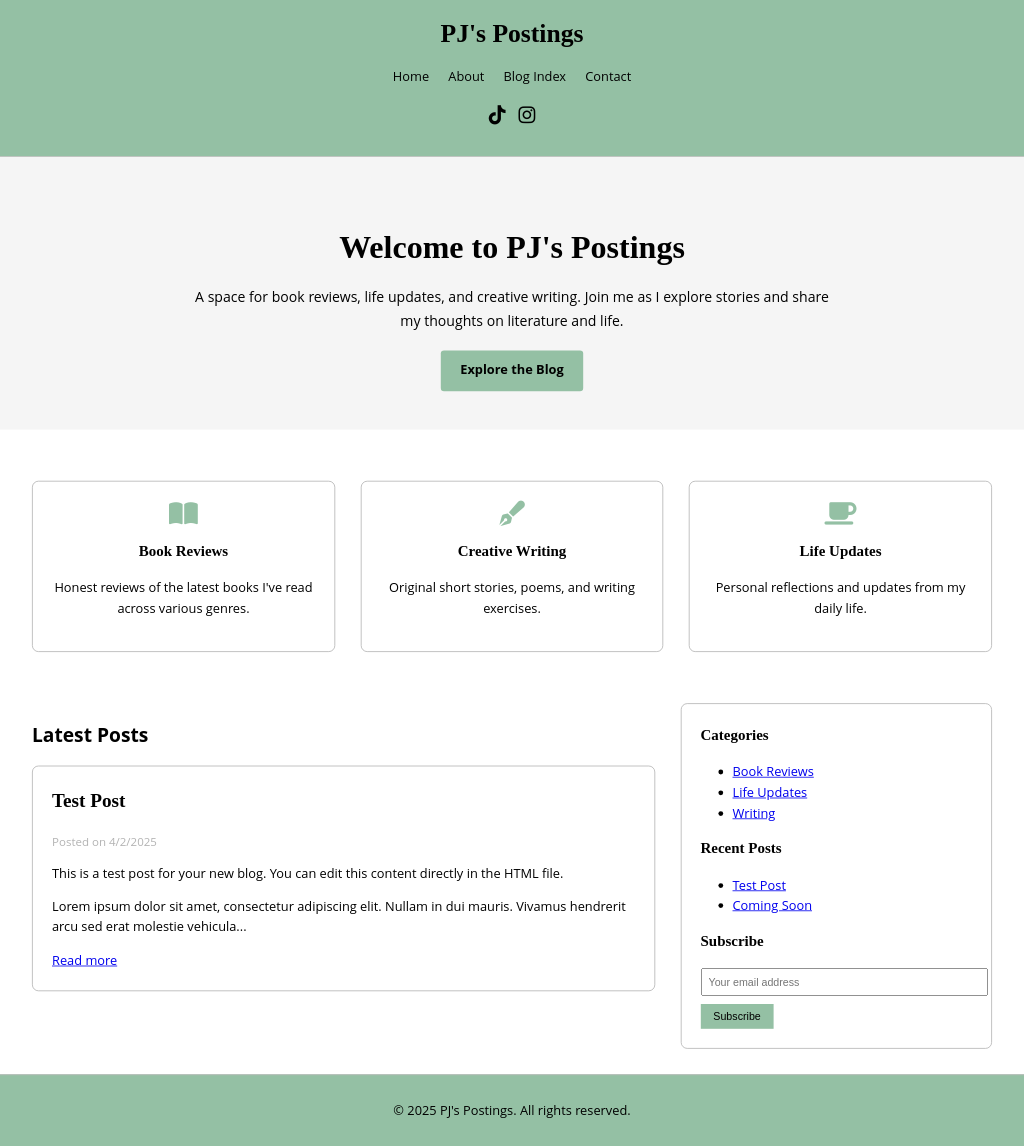
Repository: pjpatrick071/pjpatrick071.github.io
Page: index.html
The author's editor kept a copy of each file at every save. The page is drawn from the files as they stood at one save, then again after a run of saves.
The browser window is 1280 px wide. The pictures show the whole page, at 80% of full size.
Some web fonts or font styles are not loaded; a fallback is used.

Above is the page before, as saved 2025-04-02 22:42:28.

### index.html
<!DOCTYPE html>
<html lang="en">
<head>
    <meta charset="UTF-8">
    <meta name="viewport" content="width=device-width, initial-scale=1.0">
    <title>PJ's Postings</title>

    <!-- Fonts -->
    <link href="https://fonts-api.wp.com/css?family=Playfair+Display:400,400i,700,700i|Open+Sans:400,400i,700,700i&subset=latin,latin-ext" rel="stylesheet">

    <!-- Font Awesome (for icons) -->
    <link href="https://cdnjs.cloudflare.com/ajax/libs/font-awesome/6.4.0/css/all.min.css" rel="stylesheet">

    <!-- Main Styles -->
    <style>
        :root {
            --soft-green: #94c0a4;
            --silver: #b3b3b3;
            --black: #000000;
            --white: #ffffff;
        }

        body {
            font-family: 'Open Sans', sans-serif;
            line-height: 1.6;
            margin: 0;
            padding: 0;
            background-color: var(--white);
            color: var(--black);
        }

        /* Header Styles */
        header {
            background-color: var(--soft-green);
            padding: 1rem 0;
            text-align: center;
            border-bottom: 1px solid var(--silver);
        }

        .logo {
            font-size: 2rem;
            font-weight: bold;
            margin: 0;
            color: var(--black);
            font-family: 'Playfair Display', serif;
        }

        /* Navigation */
        nav ul {
            padding: 0;
            list-style: none;
            display: flex;
            justify-content: center;
            gap: 1.5rem;
            margin: 1rem 0;
        }

        nav a {
            text-decoration: none;
            color: var(--black);
            font-weight: 500;
            transition: color 0.3s;
        }

        nav a:hover {
            color: var(--silver);
        }

        /* Hero Section */
        .hero {
            background-color: #f5f5f5;
            padding: 3rem 1rem;
            text-align: center;
            margin-bottom: 2rem;
        }

        .hero h2 {
            font-family: 'Playfair Display', serif;
            font-size: 2.5rem;
            margin-bottom: 1rem;
        }

        .hero p {
            max-width: 800px;
            margin: 0 auto 1.5rem;
            font-size: 1.1rem;
        }

        .cta-button {
            display: inline-block;
            background-color: var(--soft-green);
            color: var(--black);
            padding: 0.8rem 1.5rem;
            border-radius: 4px;
            text-decoration: none;
            font-weight: bold;
            transition: background-color 0.3s;
        }

        .cta-button:hover {
            background-color: #82ad90;
        }

        /* Features Section */
        .features {
            display: flex;
            justify-content: space-around;
            flex-wrap: wrap;
            gap: 2rem;
            padding: 2rem;
            max-width: 1200px;
            margin: 0 auto;
        }

        .feature-card {
            flex: 1;
            min-width: 250px;
            background-color: var(--white);
            border: 1px solid var(--silver);
            border-radius: 8px;
            padding: 1.5rem;
            text-align: center;
        }

        .feature-card i {
            font-size: 2rem;
            color: var(--soft-green);
            margin-bottom: 1rem;
        }

        .feature-card h3 {
            font-family: 'Playfair Display', serif;
            margin-top: 0;
        }

        /* Main Content */
        .container {
            max-width: 1200px;
            margin: 2rem auto;
            padding: 0 1rem;
            display: grid;
            grid-template-columns: 2fr 1fr;
            gap: 2rem;
        }

        /* Blog Posts */
        .blog-post {
            background-color: var(--white);
            border: 1px solid var(--silver);
            border-radius: 8px;
            padding: 1.5rem;
            margin-bottom: 2rem;
        }

        .post-title {
            color: var(--black);
            margin-top: 0;
            font-family: 'Playfair Display', serif;
        }

        .post-meta {
            color: var(--silver);
            font-size: 0.9rem;
            margin-bottom: 1rem;
        }

        /* Sidebar */
        .sidebar {
            background-color: var(--white);
            border: 1px solid var(--silver);
            border-radius: 8px;
            padding: 1.5rem;
        }

        .sidebar-title {
            margin-top: 0;
            color: var(--black);
            font-family: 'Playfair Display', serif;
        }

        /* Footer */
        footer {
            background-color: var(--soft-green);
            text-align: center;
            padding: 1rem 0;
            border-top: 1px solid var(--silver);
            margin-top: 2rem;
        }

        /* Social Icons */
        .social-links {
            display: flex;
            justify-content: center;
            gap: 1rem;
            margin: 1rem 0;
        }

        .social-links a {
            color: var(--black);
            font-size: 1.5rem;
            transition: transform 0.3s;
        }

        .social-links a:hover {
            transform: scale(1.2);
        }

        /* Responsive Design */
        @media (max-width: 768px) {
            .container {
                grid-template-columns: 1fr;
            }

            .features {
                flex-direction: column;
            }
        }
    </style>
</head>
<body>
    <!-- Header -->
    <header>
        <h1 class="logo">PJ's Postings</h1>
        <nav>
            <ul>
                <li><a href="#">Home</a></li>
                <li><a href="about.html">About</a></li>
                <li><a href="blog.html">Blog Index</a></li>
                <li><a href="#">Contact</a></li>
            </ul>
        </nav>

        <!-- Social Links -->
        <div class="social-links">
            <a href="https://www.tiktok.com/@p.j.patrick" target="_blank" rel="noopener noreferrer"><i class="fab fa-tiktok"></i></a>
            <a href="#" target="_blank" rel="noopener noreferrer"><i class="fab fa-instagram"></i></a>
        </div>
    </header>

    <!-- Hero Section -->
    <section class="hero">
        <h2>Welcome to PJ's Postings</h2>
        <p>A space for book reviews, life updates, and creative writing. Join me as I explore stories and share my thoughts on literature and life.</p>
        <a href="blog.html" class="cta-button">Explore the Blog</a>
    </section>

    <!-- Features Section -->
    <section class="features">
        <div class="feature-card">
            <i class="fas fa-book-open"></i>
            <h3>Book Reviews</h3>
            <p>Honest reviews of the latest books I've read across various genres.</p>
        </div>
        <div class="feature-card">
            <i class="fas fa-pen-fancy"></i>
            <h3>Creative Writing</h3>
            <p>Original short stories, poems, and writing exercises.</p>
        </div>
        <div class="feature-card">
            <i class="fas fa-coffee"></i>
            <h3>Life Updates</h3>
            <p>Personal reflections and updates from my daily life.</p>
        </div>
    </section>

    <!-- Main Content -->
    <div class="container">
        <!-- Blog Posts Section -->
        <main>
            <h2>Latest Posts</h2>

            <article class="blog-post">
                <h2 class="post-title">Test Post</h2>
                <p class="post-meta">Posted on <script>document.write(new Date().toLocaleDateString());</script></p>
                <div class="entry-content">
                    <p>This is a test post for your new blog. You can edit this content directly in the HTML file.</p>
                    <p>Lorem ipsum dolor sit amet, consectetur adipiscing elit. Nullam in dui mauris. Vivamus hendrerit arcu sed erat molestie vehicula...</p>
                    <a href="blog.html#test-post">Read more</a>
                </div>
            </article>

            <!-- Additional posts can be added by duplicating the article element -->
        </main>

        <!-- Sidebar -->
        <aside class="sidebar">
            <h3 class="sidebar-title">Categories</h3>
            <ul>
                <li><a href="blog.html#book-reviews">Book Reviews</a></li>
                <li><a href="blog.html#life-updates">Life Updates</a></li>
                <li><a href="blog.html#writing">Writing</a></li>
            </ul>

            <h3 class="sidebar-title">Recent Posts</h3>
            <ul>
                <li><a href="blog.html#test-post">Test Post</a></li>
                <li><a href="blog.html#coming-soon">Coming Soon</a></li>
            </ul>

            <!-- Email Subscription Form -->
            <h3 class="sidebar-title">Subscribe</h3>
            <form action="#" method="post">
                <input type="email" name="email" placeholder="Your email address" style="width: 100%; padding: 8px; margin-bottom: 10px;">
                <button type="submit" style="background: var(--soft-green); border: none; padding: 8px 16px; cursor: pointer;">Subscribe</button>
            </form>
        </aside>
    </div>

    <!-- Footer -->
    <footer>
        <p>&copy; <script>document.write(new Date().getFullYear());</script> PJ's Postings. All rights reserved.</p>
    </footer>

    <!-- JavaScript for dynamic elements -->
    <script>
        // Simple script to handle mobile menu toggle
        document.addEventListener('DOMContentLoaded', function() {
            // You can add interactive functionality here
            console.log('Blog loaded successfully!');
        });
    </script>
</body>
</html>

After the next 6 saves:
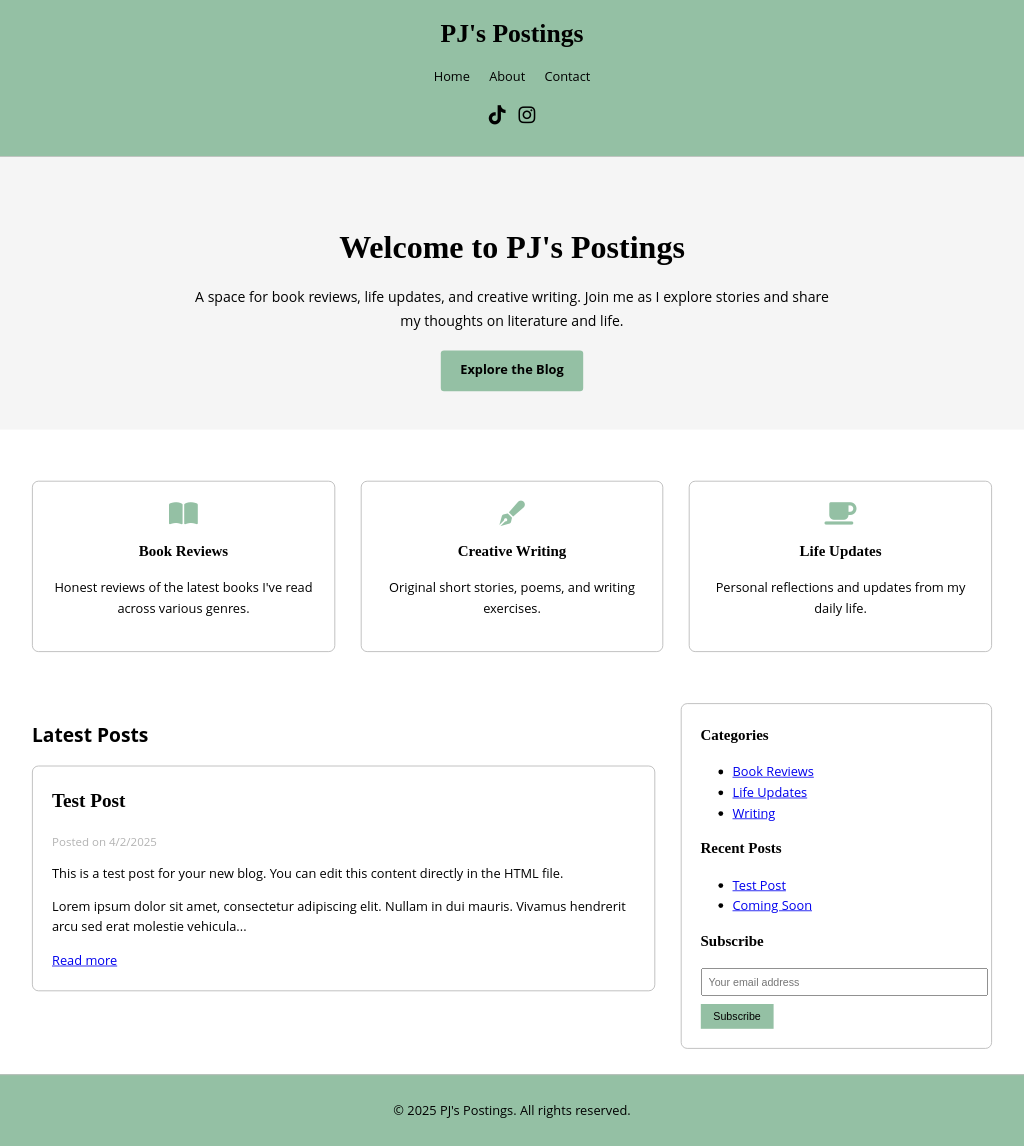
The 6 saves are shown as one change because they came seconds apart.
The last was saved 43 s later.
--- a/index.html
+++ b/index.html
@@ -225,7 +225,7 @@
             <ul>
                 <li><a href="#">Home</a></li>
                 <li><a href="about.html">About</a></li>
-                <li><a href="blog.html">Blog Index</a></li>
+                <li><a href="blog/>Blog Index</a></li>
                 <li><a href="#">Contact</a></li>
             </ul>
         </nav>
